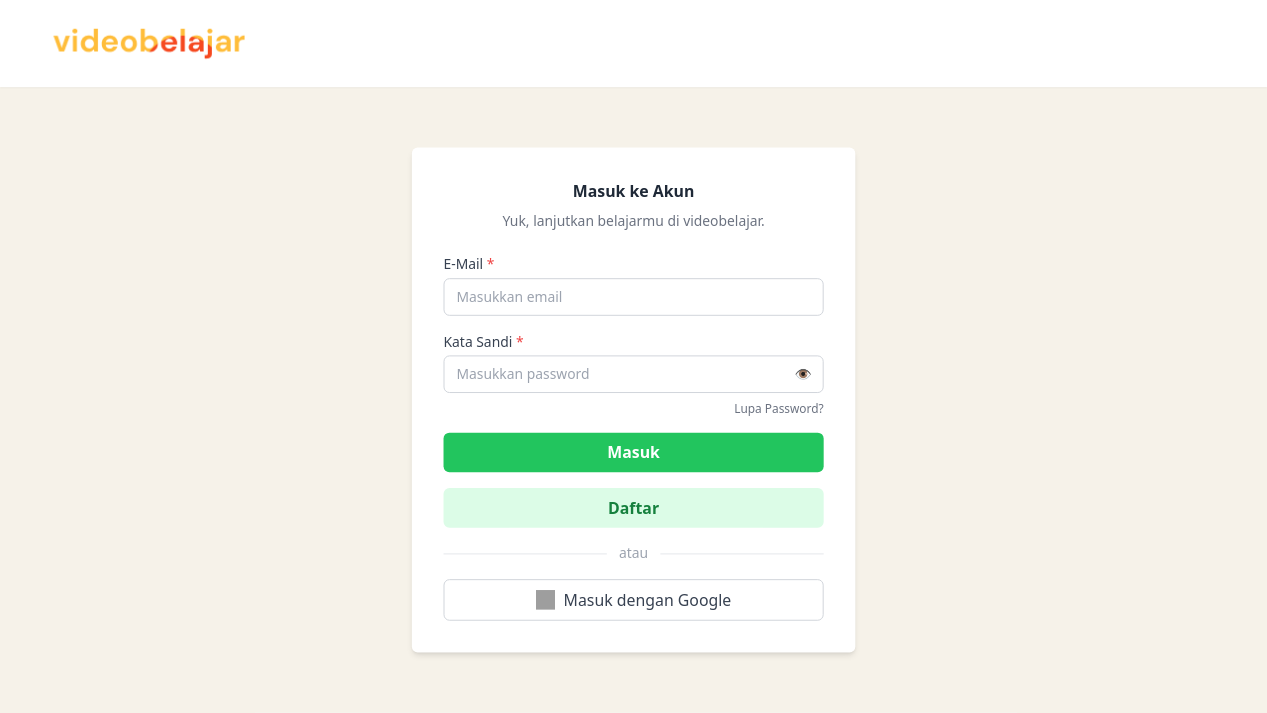
Repository: dimascahyanugraha/Course-Mission-4
Page: /signup
The author's editor kept a copy of each file at every save. The page is drawn from the files as they stood at one save, then again after the next save.
The browser window is 1280 px wide. The pictures show the whole page, at 99% of full size.
Pictures or frames that could not be fetched are drawn as grey boxes. The project was rebuilt for these pictures with package versions that can differ from the ones it lists, and the page was loaded fresh each time. Also part of the build but not shown: vite.config.js.

Above is the page before, as saved 2026-05-20 14:53:54.

### index.html
<!doctype html>
<html lang="en">
  <head>
    <meta charset="UTF-8" />
    <link rel="icon" type="image/svg+xml" href="/favicon.svg" />
    <meta name="viewport" content="width=device-width, initial-scale=1.0" />
    <title>video-belajar</title>
  </head>
  <body>
    <div id="root"></div>
    <script type="module" src="/src/main.jsx"></script>
  </body>
</html>

### src/index.css
@tailwind base;
@tailwind components;
@tailwind utilities;

/* optional reset */
body {
  font-family: system-ui, sans-serif;
}

### src/App.jsx
import LoginPage from "./components/LoginPage";

function App() {
  return (
    <>
      {/* 2. PANGGIL komponennya di sini seperti tag HTML */}
      <LoginPage />
    </>
  );
}

export default App;

### src/components/LoginPage.jsx
import { useState } from "react";
import logoVideoBelajar from "../assets/logo_video_belajar.png";

export default function LoginPage() {
  const [showPassword, setShowPassword] = useState(false);

  return (
    <div className="min-h-screen bg-[#f6f2e9] flex flex-col">
      {/* HEADER */}
      <header className="bg-white py-4 px-8 shadow-sm">
        <img src={logoVideoBelajar} alt="logo-video-belajar" />
      </header>

      {/* MAIN CONTENT */}
      <main className="flex flex-auto justify-center items-center px-4">
        <div className="bg-white w-full max-w-md rounded-md shadow-md p-8">
          {/* TITLE */}
          <h2 className="text-9xl1 font-bold text-gray-800 text-center">
            Masuk ke Akun
          </h2>

          <p className="text-gray-500 text-sm text-center mt-2">
            Yuk, lanjutkan belajarmu di videobelajar.
          </p>

          {/* FORM */}
          <form className="mt-6 space-y-4">
            {/* EMAIL */}
            <div>
              <label className="block text-sm font-medium text-gray-700">
                E-Mail <span className="text-red-500">*</span>
              </label>

              <input
                type="email"
                placeholder="Masukkan email"
                className="mt-1 w-full border border-gray-300 rounded-md px-3 py-2 text-sm focus:outline-none focus:ring-2 focus:ring-green-500"
              />
            </div>

            {/* PASSWORD */}
            <div>
              <label className="block text-sm font-medium text-gray-700">
                Kata Sandi <span className="text-red-500">*</span>
              </label>

              <div className="relative mt-1">
                <input
                  type={showPassword ? "text" : "password"}
                  placeholder="Masukkan password"
                  className="w-full border border-gray-300 rounded-md px-3 py-2 text-sm pr-10 focus:outline-none focus:ring-2 focus:ring-green-500"
                />

                <button
                  type="button"
                  onClick={() => setShowPassword(!showPassword)}
                  className="absolute right-3 top-1/2 -translate-y-1/2 text-gray-500 text-sm"
                >
                  {showPassword ? "🙈" : "👁️"}
                </button>
              </div>

              <div className="flex justify-end mt-2">
                <a href="#" className="text-xs text-gray-500 hover:underline">
                  Lupa Password?
                </a>
              </div>
            </div>

            {/* BUTTON MASUK */}
            <button
              type="submit"
              className="w-full bg-green-500 text-white font-semibold py-2 rounded-md hover:bg-green-600 transition"
            >
              Masuk
            </button>

            {/* BUTTON DAFTAR */}
            <button
              type="button"
              className="w-full bg-green-100 text-green-700 font-semibold py-2 rounded-md hover:bg-green-200 transition"
            >
              Daftar
            </button>

            {/* DIVIDER */}
            <div className="flex items-center gap-3 text-gray-400 text-sm">
              <hr className="flex-1 border-gray-200" />
              atau
              <hr className="flex-1 border-gray-200" />
            </div>

            {/* GOOGLE LOGIN */}
            <button
              type="button"
              className="w-full border border-gray-300 text-gray-700 font-medium py-2 rounded-md flex items-center justify-center gap-2 hover:bg-gray-50 transition"
            >
              <img
                src="https://www.svgrepo.com/show/475656/google-color.svg"
                alt="Google"
                className="w-5 h-5"
              />
              Masuk dengan Google
            </button>
          </form>
        </div>
      </main>
    </div>
  );
}

### tailwind.config.js
/** @type {import('tailwindcss').Config} */
export default {
  content: ["./indexedDB.html", "./src/**/*.{js,ts,jsx,tsx}"],
  theme: {
    extend: {},
  },
  plugins: [],
};

Loaded but not shown: src/main.jsx (common file)

After the next save:
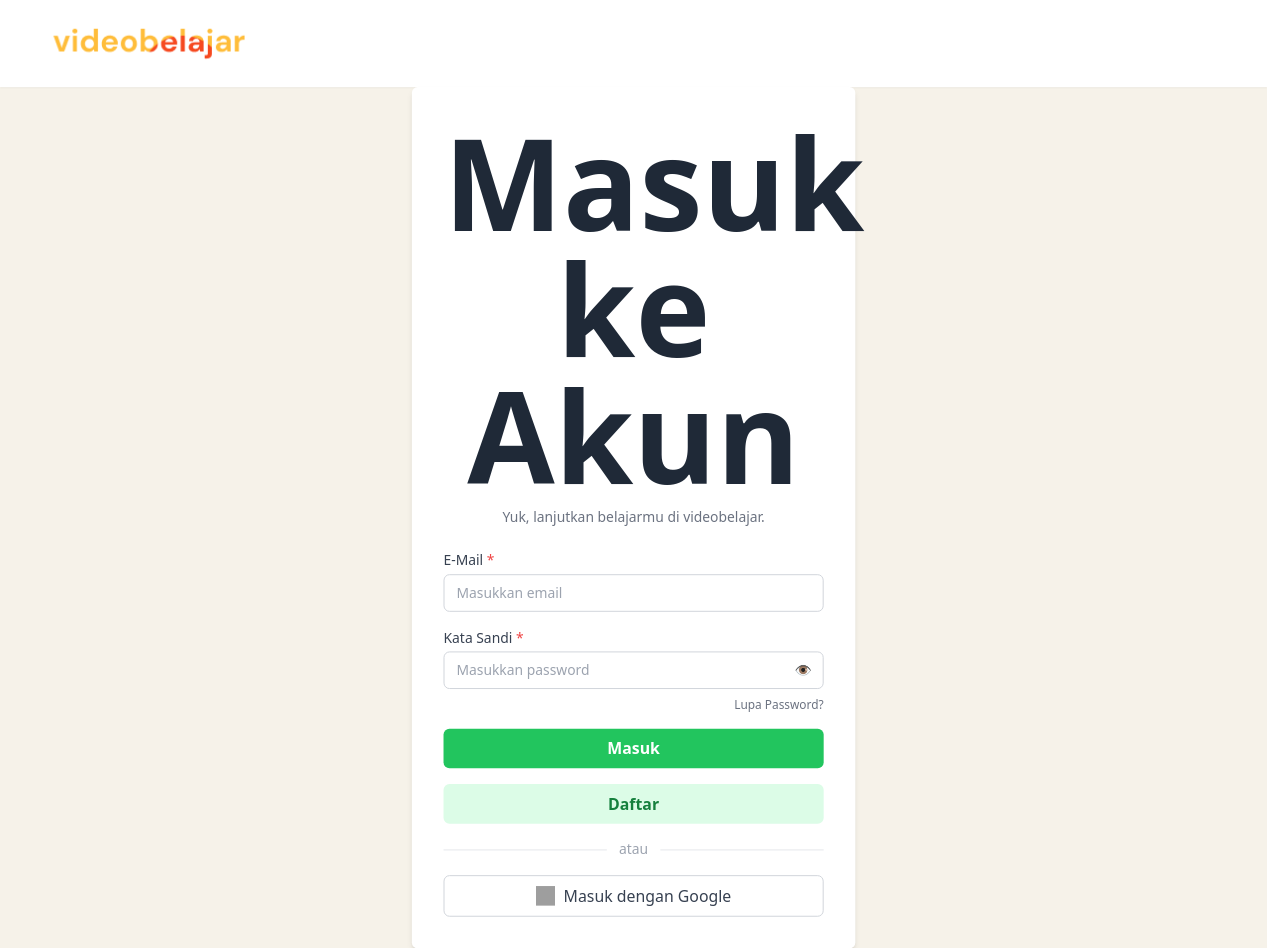
Saved 5 s later.
--- a/src/components/LoginPage.jsx
+++ b/src/components/LoginPage.jsx
@@ -15,7 +15,7 @@ export default function LoginPage() {
       <main className="flex flex-auto justify-center items-center px-4">
         <div className="bg-white w-full max-w-md rounded-md shadow-md p-8">
           {/* TITLE */}
-          <h2 className="text-9xl1 font-bold text-gray-800 text-center">
+          <h2 className="text-9xl font-bold text-gray-800 text-center">
             Masuk ke Akun
           </h2>
 
